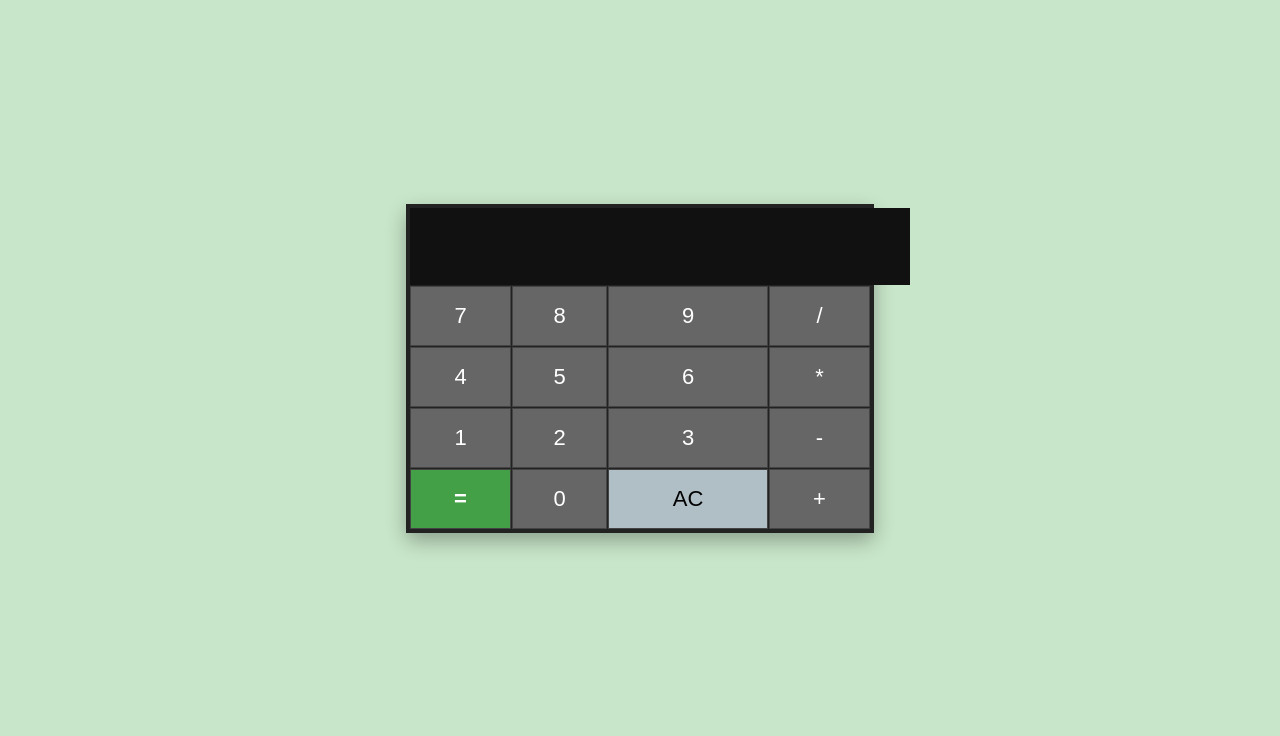
Repository: Yejin-source/st-work
Page: join/src/main/webapp/cal.html
The author's editor kept a copy of each file at every save. The page is drawn from the files as they stood at one save, then again after the next save.
The browser window is 1280 px wide. The pictures show the whole page.

Above is the page before, as saved 2025-04-30 08:45:58.

After the next save:
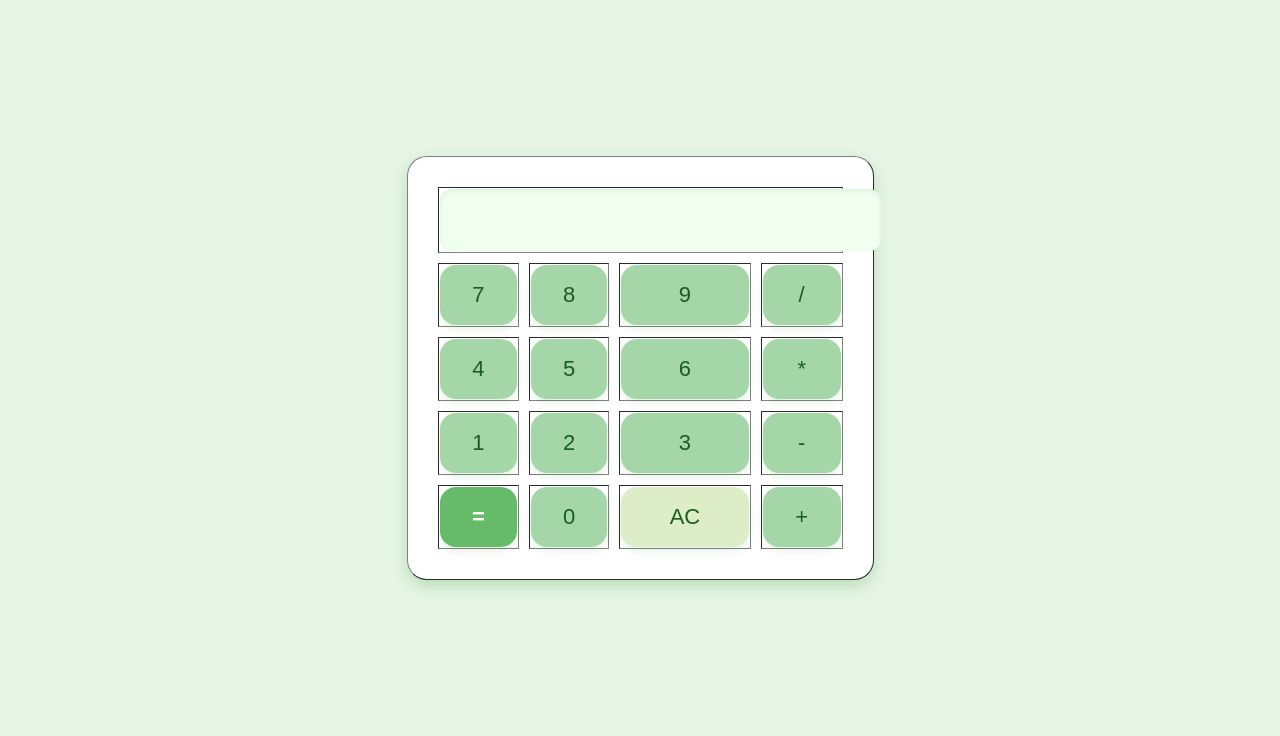
Saved 60 s later.
--- a/join/src/main/webapp/cal.html
+++ b/join/src/main/webapp/cal.html
@@ -5,8 +5,8 @@
 <title>Insert title here</title>
 <style>
   body {
-    background-color: #c8e6c9; /* 연한 초록 배경 */
-    font-family: 'Courier New', monospace; /* 계산기 느낌 폰트 */
+    background-color: #e6f5e6; /* 연한 민트 배경 */
+    font-family: 'Segoe UI', sans-serif;
     display: flex;
     justify-content: center;
     align-items: center;
@@ -14,62 +14,63 @@
   }
 
   table {
-    border-collapse: collapse;
-    background-color: #333; /* 어두운 테두리 */
-    border: 4px solid #222;
-    border-radius: 8px;
-    box-shadow: 0 8px 20px rgba(0, 0, 0, 0.3);
+    border-collapse: separate;
+    border-spacing: 10px;
+    background-color: #ffffff;
+    padding: 20px;
+    border-radius: 20px;
+    box-shadow: 0 6px 16px rgba(0, 128, 0, 0.2);
   }
 
   input[type="text"] {
     width: 100%;
-    padding: 20px;
-    font-size: 32px;
-    background-color: #111;
-    color: #0f0; /* 연녹색 텍스트 */
+    padding: 15px 20px;
+    font-size: 28px;
     border: none;
+    background-color: #f0fff0;
+    color: #388e3c;
     text-align: right;
-    letter-spacing: 2px;
-    outline: none;
-  }
-
-  td {
-    padding: 0;
+    border-radius: 12px;
+    box-shadow: inset 0 2px 4px rgba(0, 128, 0, 0.1);
   }
 
   button {
     width: 100%;
     height: 60px;
     font-size: 22px;
-    background-color: #666;
+    background-color: #a5d6a7;
+    color: #1b5e20;
+    border: none;
+    border-radius: 16px;
+    box-shadow: 0 4px 8px rgba(0, 128, 0, 0.1);
+    cursor: pointer;
+    transition: all 0.2s ease;
+  }
+
+  button:hover {
+    background-color: #81c784;
+    transform: scale(1.05);
+  }
+
+  #equal {
+    background-color: #66bb6a;
     color: white;
-    border: 1px solid #444;
-    cursor: pointer;
-    transition: background-color 0.2s ease;
-  }
-
-  button:hover {
-    background-color: #888;
-  }
-
-  #equal {
+    font-weight: bold;
+  }
+
+  #equal:hover {
     background-color: #43a047;
-    font-weight: bold;
-  }
-
-  #equal:hover {
-    background-color: #2e7d32;
   }
 
   #back {
-    background-color: #b0bec5;
-    color: black;
+    background-color: #dcedc8;
   }
 
   #back:hover {
-    background-color: #90a4ae;
+    background-color: #aed581;
   }
 </style>
+
 
 </head>
 <body>
